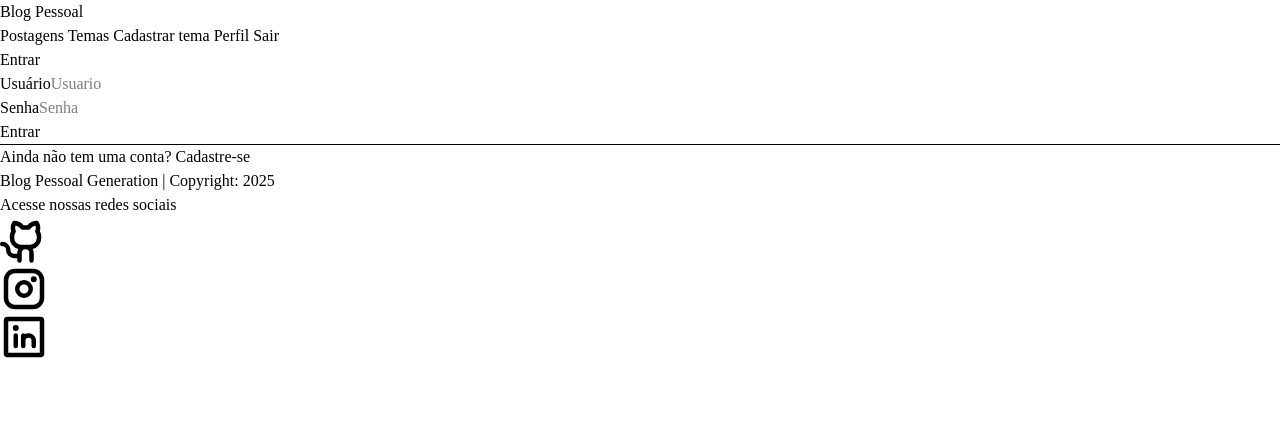
Repository: tauanesoares/blog
Page: /
The author's editor kept a copy of each file at every save. The page is drawn from the files as they stood at one save, then again after a run of saves.
The browser window is 1280 px wide. The pictures show the whole page.
The project was rebuilt for these pictures with package versions that can differ from the ones it lists, and the page was loaded fresh each time. Also part of the build but not shown: vite.config.ts, src/pages/home/Home.tsx, src/services/Service.ts, src/pages/cadastro/Cadastro.tsx.

Above is the page before, as saved 2025-10-31 16:05:31.

### index.html
<!doctype html>
<html lang="pt-br">
  <head>
    <meta charset="UTF-8" />
    <link rel="icon" type="image/svg+xml" href="https://i.imgur.com/f4KMCRp.png" />
    <meta name="viewport" content="width=device-width, initial-scale=1.0" />
    <title>Projeto blogpessoal</title>
  </head>
  <body>
    <div id="root"></div>
    <script type="module" src="/src/main.tsx"></script>
  </body>
</html>

### src/App.tsx
import Home from "./pages/home/Home";
import Navbar from "./components/navbar/Navbar";
import Footer from "./components/footer/Footer";
import { BrowserRouter, Route, Routes } from "react-router-dom";
import Cadastro from "./pages/cadastro/Cadastro";
import Login from "./pages/login/Login";

function App() {
  return (
    <>
    <BrowserRouter>
        <Navbar />
          <div className="min-h-[80vh]">
            <Routes>
              <Route path="/" element={<Login />} />
              <Route path="/home" element={<Home />} />
              <Route path="/cadastro" element={<Cadastro />} />
            </Routes>
          </div>
        <Footer />
    </BrowserRouter>
    </>
  );
}

export default App;

### src/components/navbar/Navbar.tsx
import {Link} from 'react-router-dom';

function Navbar() {
    return (
        <>
            <div className='w-full flex justify-center py-4
            			   bg-indigo-900 text-white'>

                <div className="container flex justify-between text-lg mx-8">
                    <Link to='/home' className="text-2xl font-bold">Blog Pessoal</Link>

                    <div className='flex gap-4'>
                        Postagens
                        Temas
                        Cadastrar tema
                        Perfil
                        Sair
                    </div>
                </div>
            </div>
        </>
    )
}

export default Navbar

### src/components/footer/Footer.tsx
import { InstagramLogoIcon, GithubLogoIcon, LinkedinLogoIcon } from "@phosphor-icons/react"


function Footer() {

    let data = new Date().getFullYear()

    return (
        <>
            <div className="flex justify-center bg-indigo-900 text-white">
                <div className="container flex flex-col items-center py-4">
                    <p className='text-xl font-bold'>
                            Blog Pessoal Generation | Copyright: {data}
                        </p>
                    <p className='text-lg'>Acesse nossas redes sociais</p>
                    <div className='flex gap-2'>
                        <a href="https://github.com/tauanesoares" target="_blank">
                            <GithubLogoIcon size={48} weight='bold' />
                        </a>
                         <a href="">
                            <InstagramLogoIcon size={48} weight='bold' />
                         </a>

                        <a href="">
                            <LinkedinLogoIcon size={48} weight='bold' />
                         </a>
                    </div>
                </div>
            </div>
        </>
    )
}

export default Footer

### src/pages/login/Login.tsx
import { Link } from "react-router-dom";

function Login() {

    return (
        <>
            <div className="grid grid-cols-1 lg:grid-cols-2 h-screen place-items-center font-bold ">
                <form className="flex justify-center items-center flex-col w-1/2 gap-4" >
                    <h2 className="text-slate-900 text-5xl ">Entrar</h2>
                    <div className="flex flex-col w-full">
                        <label htmlFor="usuario">Usuário</label>
                        <input
                            type="text"
                            id="usuario"
                            name="usuario"
                            placeholder="Usuario"
                            className="border-2 border-slate-700 rounded p-2"

                        />
                    </div>
                    <div className="flex flex-col w-full">
                        <label htmlFor="senha">Senha</label>
                        <input
                            type="password"
                            id="senha"
                            name="senha"
                            placeholder="Senha"
                            className="border-2 border-slate-700 rounded p-2"

                        />
                    </div>
                    <button
                        type='submit'
                        className="rounded bg-indigo-400 flex justify-center
                                   hover:bg-indigo-900 text-white w-1/2 py-2">
                        <span>Entrar</span>
                    </button>

                    <hr className="border-slate-800 w-full" />

                   <p>
                        Ainda não tem uma conta?{' '}
                        <Link to="/cadastro" className="text-indigo-800 hover:underline">
                            Cadastre-se
                        </Link>
                    </p>
                </form>
                 <div className="bg-[url('https://i.imgur.com/ZZFAmzo.jpg')] lg:block hidden bg-no-repeat
                            w-full min-h-screen bg-cover bg-center"
                ></div>
            </div>
        </>
    );
}

export default Login;

Loaded but not shown: src/main.tsx (common file); src/index.css (common file)

After the next 2 saves:
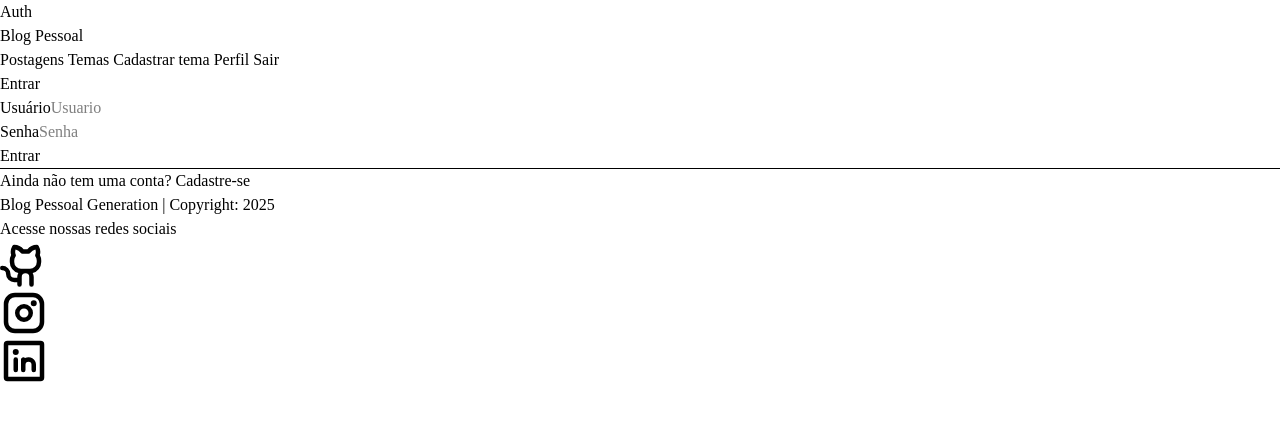
The 2 saves are shown as one change because they came seconds apart.
The last was saved 7 min 53 s later.
--- a/src/App.tsx
+++ b/src/App.tsx
@@ -8,6 +8,7 @@
 function App() {
   return (
     <>
+    Auth
     <BrowserRouter>
         <Navbar />
           <div className="min-h-[80vh]">

After the save that followed:
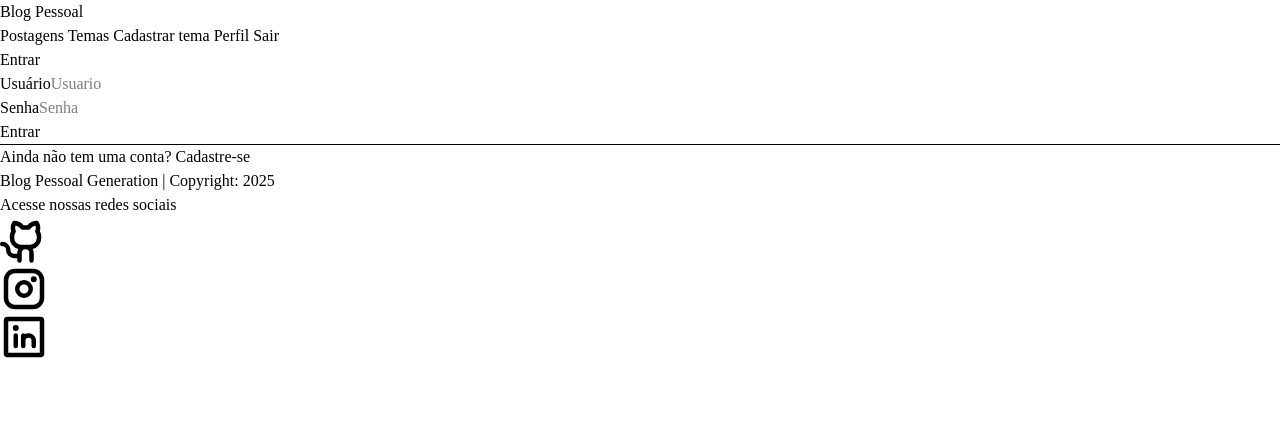
Saved 4 s later.
--- a/src/App.tsx
+++ b/src/App.tsx
@@ -8,7 +8,7 @@
 function App() {
   return (
     <>
-    Auth
+
     <BrowserRouter>
         <Navbar />
           <div className="min-h-[80vh]">
